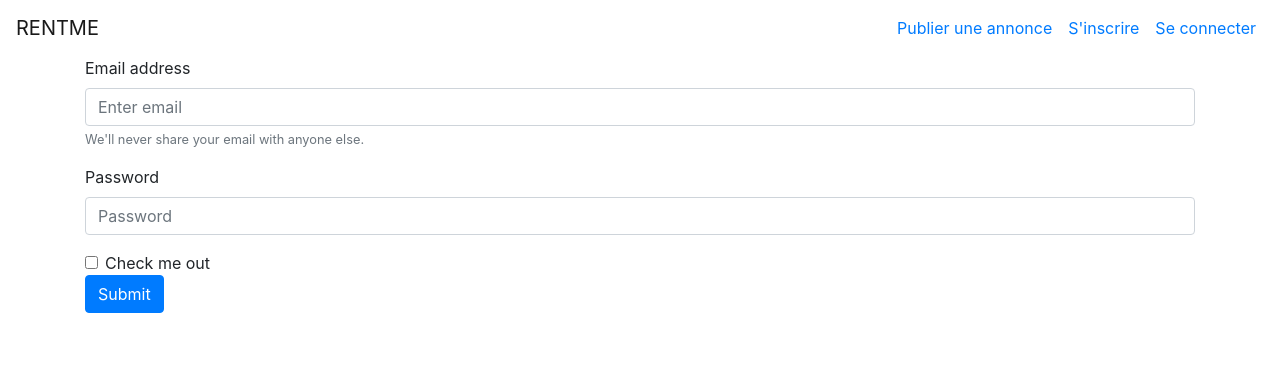
Repository: johan1412/rentme-front
Page: /register
An editor plug-in stored every save of this project. The page is shown before and after the next save, followed by the edit.
The browser window is 1280 px wide. The pictures show the whole page.
The project was rebuilt for these pictures with package versions that can differ from the ones it lists, and the page was loaded fresh each time. Also part of the build but not shown: vue.config.js, src/components/auth/Login.vue, src/components/Home.vue.

Above is the page before, as saved 2021-12-14 19:07:53.

After the next save:
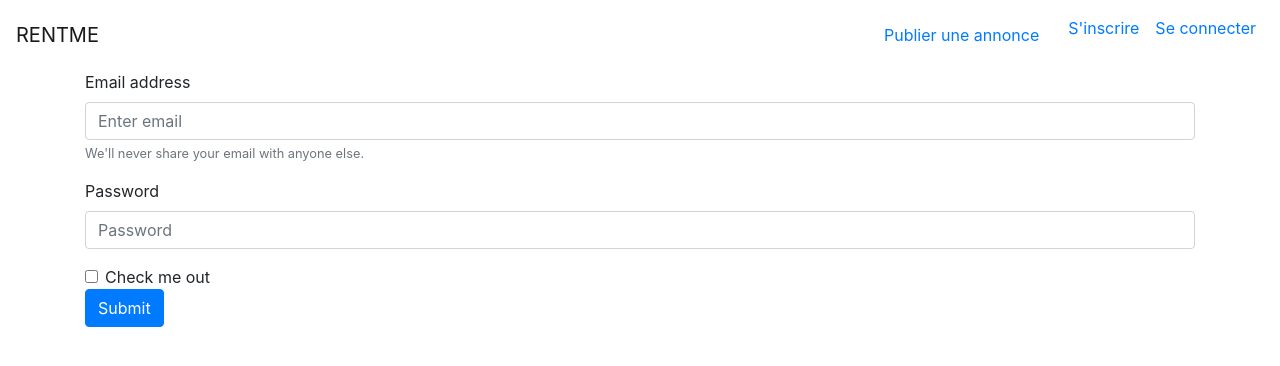
Saved 80 s later.
--- a/src/components/layouts/NavBar.vue
+++ b/src/components/layouts/NavBar.vue
@@ -4,7 +4,7 @@
     <b-navbar-brand href="#" class="m">RENTME</b-navbar-brand>
     <b-collapse id="nav-collapse" is-nav>
       <b-navbar-nav class="ml-auto">
-        <b-nav-item><router-link to="register">Publier une annonce</router-link></b-nav-item>
+        <b-nav-item class="btn btn-default"><router-link to="register">Publier une annonce</router-link></b-nav-item>
         <b-nav-item><router-link to="register">S'inscrire</router-link></b-nav-item>
         <b-nav-item><router-link to="login">Se connecter</router-link></b-nav-item>
       </b-navbar-nav>

After the save that followed:
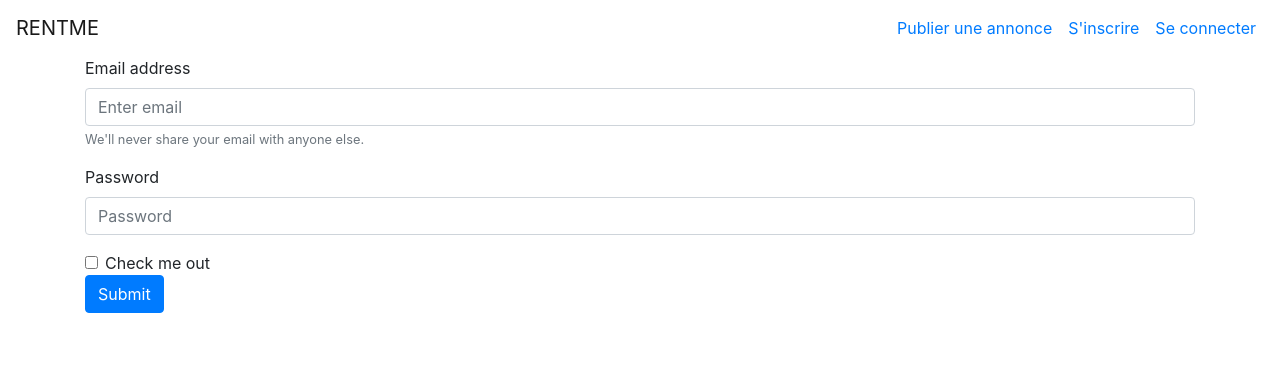
Saved 23 s later.
--- a/src/components/layouts/NavBar.vue
+++ b/src/components/layouts/NavBar.vue
@@ -4,7 +4,7 @@
     <b-navbar-brand href="#" class="m">RENTME</b-navbar-brand>
     <b-collapse id="nav-collapse" is-nav>
       <b-navbar-nav class="ml-auto">
-        <b-nav-item class="btn btn-default"><router-link to="register">Publier une annonce</router-link></b-nav-item>
+        <b-nav-item><router-link to="register">Publier une annonce</router-link></b-nav-item>
         <b-nav-item><router-link to="register">S'inscrire</router-link></b-nav-item>
         <b-nav-item><router-link to="login">Se connecter</router-link></b-nav-item>
       </b-navbar-nav>
